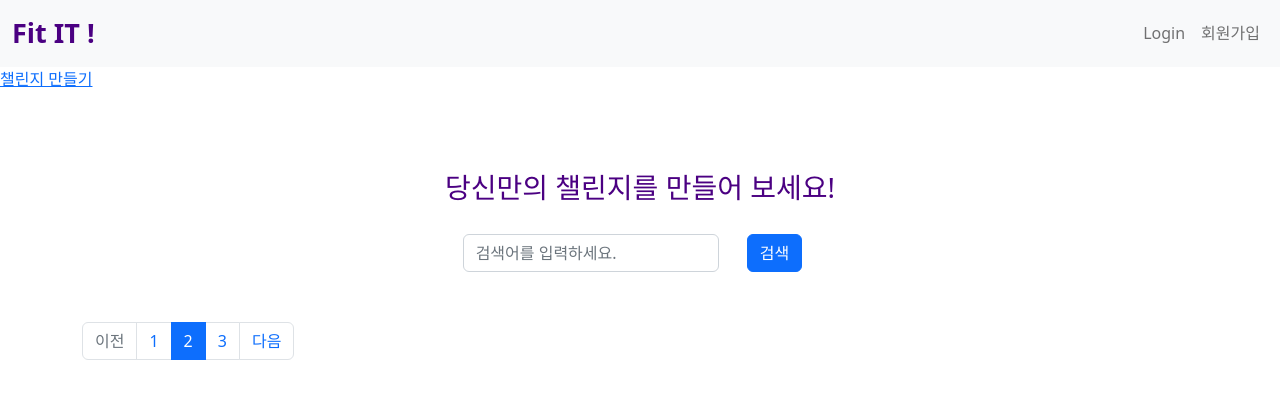
Repository: 4everGirls/Fit-IT-FRONT
Page: /makeChallenge (app in FrontEnd/fit-it/)
The author's editor kept a copy of each file at every save. The page is drawn from the files as they stood at one save, then again after the next save.
The browser window is 1280 px wide. The pictures show the whole page.
The project was rebuilt for these pictures with package versions that can differ from the ones it lists, and the page was loaded fresh each time. Also part of the build but not shown: FrontEnd/fit-it/vue.config.js, FrontEnd/fit-it/src/views/HomeView.vue, FrontEnd/fit-it/src/components/user/RegistUser.vue, FrontEnd/fit-it/src/components/user/LoginUser.vue.

Above is the page before, as saved 2022-11-20 12:39:42.

After the next save:
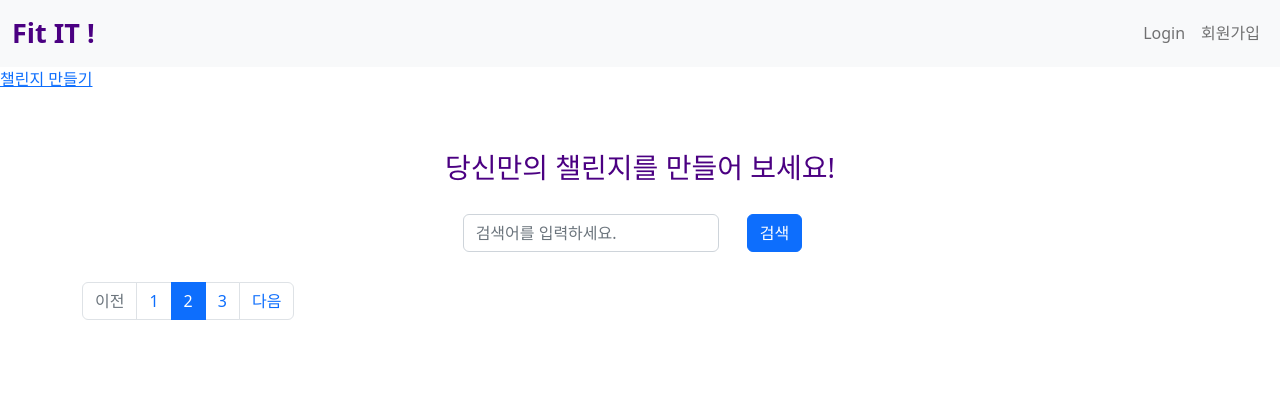
Saved 5 s later.
--- a/FrontEnd/fit-it/src/components/challenge/MakeChallenge/SearchVideo.vue
+++ b/FrontEnd/fit-it/src/components/challenge/MakeChallenge/SearchVideo.vue
@@ -69,6 +69,6 @@ export default {
   flex-direction: column;
 }
 .container {
-  padding: 50px;
+  padding: 30px;
 }
 </style>
